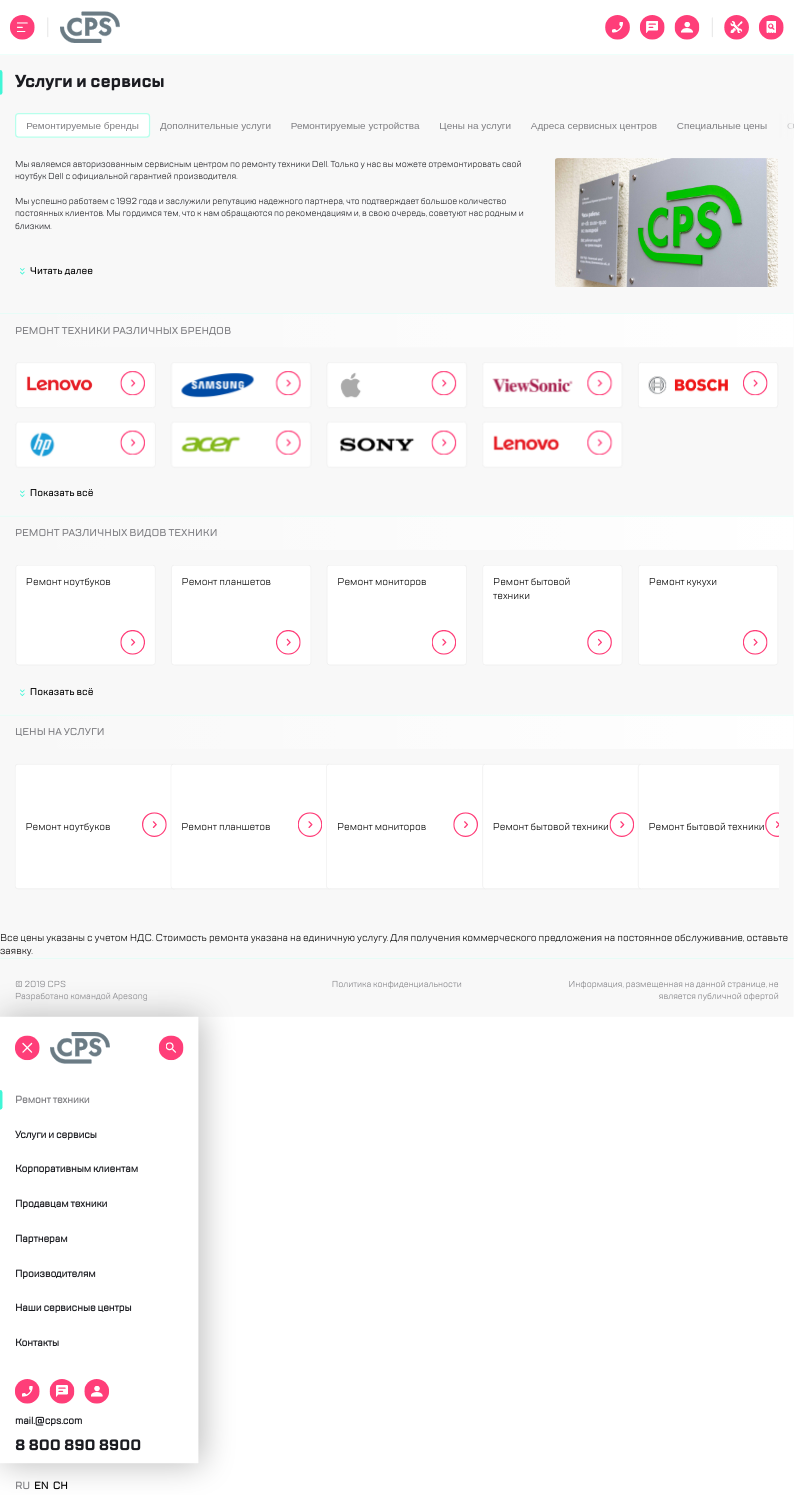
Repository: Dedoxa/WebCoreF
Page: /
An editor plug-in stored every save of this project. The page is shown before and after the next save, followed by the edit.
The browser window is 1280 px wide. The pictures show the whole page, at 62% of full size.
The project was rebuilt for these pictures with package versions that can differ from the ones it lists, and the page was loaded fresh each time. Also part of the build but not shown: webpack.config.js.

Above is the page before, as saved 2024-06-15 18:20:18.

After the next save:
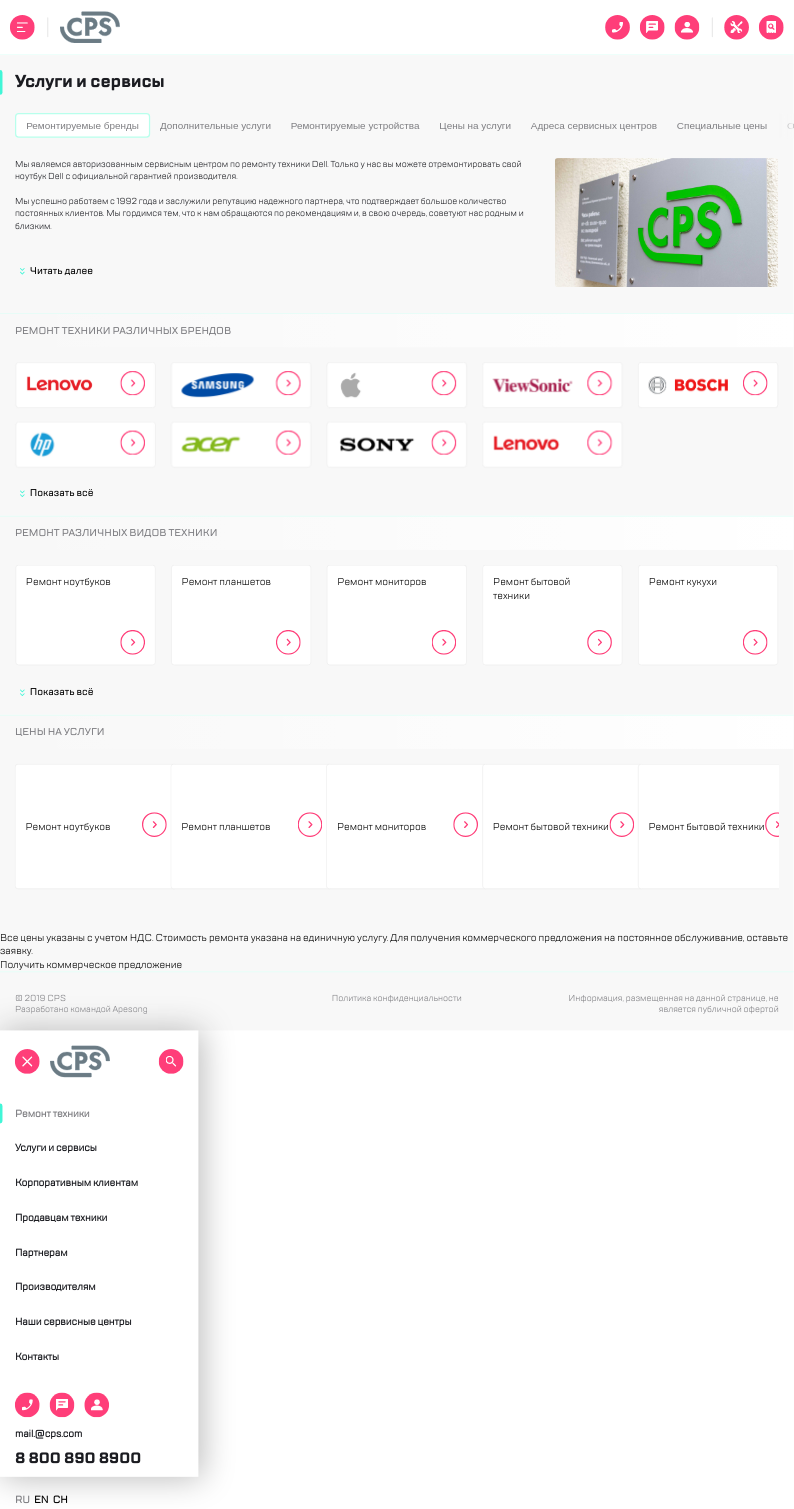
Saved 22 s later.
--- a/src/index.html
+++ b/src/index.html
@@ -334,7 +334,7 @@
         </div>
         <div class="priceText">
           <p>Все цены указаны с учетом НДС. Стоимость ремонта указана на единичную услугу. Для получения коммерческого предложения на постоянное обслуживание, оставьте заявку.</p>
-          <p></p>
+          <p>Получить коммерческое предложение</p>
         </div>
       </section>
       <footer class="footer">
